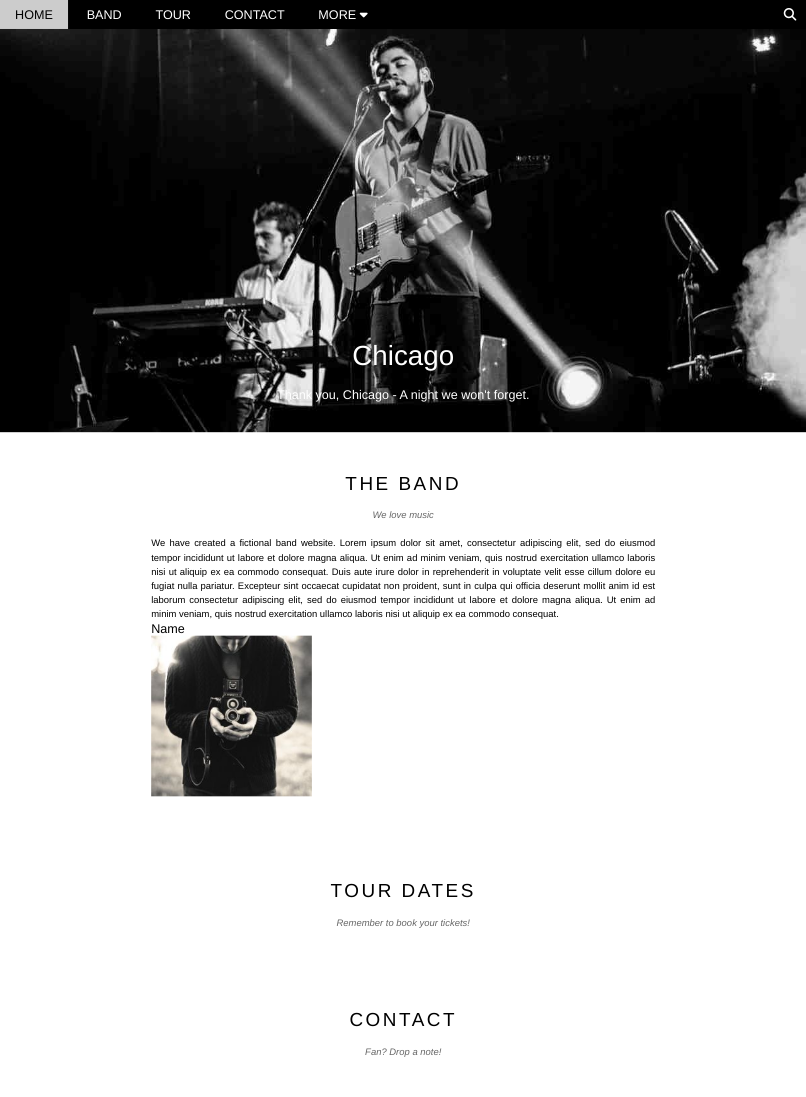
Repository: nugort/nugort.github.io
Page: f8/the-band/index.html
An editor plug-in stored every save of this project. The page is shown before and after the next save, followed by the edit.
The browser window is 1280 px wide. The pictures show the whole page, at 63% of full size.
Some web libraries are served in a nearby version.

Above is the page before, as saved 2022-02-08 03:49:08.

### f8/the-band/index.html
<!DOCTYPE html>
<html lang="en">

<head>
    <meta charset="UTF-8">
    <meta http-equiv="X-UA-Compatible" content="IE=edge">
    <meta name="viewport" content="width=device-width, initial-scale=1.0">
    <title>Document</title>
    <script src="https://kit.fontawesome.com/28e152e343.js" crossorigin="anonymous"></script>
    <link rel="stylesheet" href="./assets/css/styles.css">
</head>

<body>
    <div id="main">
        <!-- Header -->
        <div id="header">

            <!-- Navigation -->
            <ul id="nav">
                <li>
                    <a href="#">Home</a>
                </li>

                <li>
                    <a href="#">Band</a>
                </li>

                <li>
                    <a href="#">Tour</a>
                </li>

                <li>
                    <a href="#">Contact</a>
                </li>

                <li>
                    <a href="#">More <i class="fas fa-caret-down"></i></a>
                    <ul class="subnav">
                        <li>
                            <a href="#">Merchandise</a>
                        </li>

                        <li>
                            <a href="#">Extras</a>
                        </li>

                        <li>
                            <a href="#">Media</a>
                        </li>
                    </ul>
                </li>
            </ul>

            <!-- Search -->
            <div class="nav-search">
                <a href="#"><i class="nav-search-icon fas fa-search"></i></a>
            </div>
        </div>

        <!-- Slider -->
        <div id="slider">
            <div class="slider-text">
                <h3 class="slider-text-title">
                    Chicago
                </h3>
                <p class="slider-text-dsc">
                    Thank you, Chicago - A night we won't forget.
                </p>
            </div>
        </div>

        <!-- Content -->
        <div id="content">
            <!-- About -->
            <div class="content-section">
                <h2 class="content-section-title">
                    The Band
                </h2>
                <p class="content-section-slogan">
                    We love music
                </p>
                <p class="about-content-section content">We have created a fictional band website. Lorem ipsum dolor sit
                    amet, consectetur adipiscing elit, sed do eiusmod tempor incididunt ut labore et dolore magna
                    aliqua. Ut enim ad minim veniam, quis nostrud exercitation ullamco laboris nisi ut aliquip ex ea
                    commodo consequat. Duis aute irure dolor in reprehenderit in voluptate velit esse cillum dolore eu
                    fugiat nulla pariatur. Excepteur sint occaecat cupidatat non proident, sunt in culpa qui officia
                    deserunt mollit anim id est laborum consectetur adipiscing elit, sed do eiusmod tempor incididunt ut
                    labore et dolore magna aliqua. Ut enim ad minim veniam, quis nostrud exercitation ullamco laboris
                    nisi ut aliquip ex ea commodo consequat.</p>
                <div class="band-members">
                    <div class="member">
                        <p class="member-name">
                            Name
                        </p>
                        <img src="./assets/img/band-members/bandmember.jpg" alt="" class="member-avt">
                    </div>
                </div>
            </div>

            <!-- Tour -->
            <div class="content-section">
                <h2 class="content-section-title">
                    TOUR DATES
                </h2>
                <p class="content-section-slogan">
                    Remember to book your tickets!
                </p>
            </div>

            <!-- Contact -->
            <div class="content-section">
                <h2 class="content-section-title">
                    CONTACT
                </h2>
                <p class="content-section-slogan">
                    Fan? Drop a note!
                </p>
            </div>
        </div>

        <div id="footer">

        </div>
    </div>
</body>

</html>

### f8/the-band/assets/css/styles.css
/* 3 kiểu dùng css
- inline (phèn)
- internal (cũng phèn)
-external (đúng đúng đúng) */

/* Các đơn vị hay dùng
* Absolute units
- px
- pt
- cm
- mm
- inch
- picture

* Relative units
- %
- rem (bằng kích cỡ chữ của thẻ html - mặc định là 16px)
- em  (bằng kích cỡ chữ của thẻ cha chứa nó gần nhất có set font-size)
- vw (chiều rộng bằng chiều ngang của màn hình hiển thị)
- vh (chiều cao bằng chiều dọc của màn hình hiển thị) */

/* Hàm trong css
- var(): gọi biến vào
- linearGradient()
- rgba()
- rgb
- calc(): tính toán
- attr() */

/* Pseudo-classes (lớp giả) */

:root {
    --text-color: #FFFFFF;
    --background-color: #00171F;
    --button-color: #003459;
    --other-color: #007EA7;
    --button-2nd-color: #00A8E8;
    --nav-heigh: 46px;
}  /* Đặt biến giống trong ngôn ngữ lập trình khác thôi =))) */

* {
    box-sizing: border-box;
    margin: 0;
    padding: 0;
} /* reset css */

html {
    font-family: Helvetica, sans-serif;
    font-size: 20px;
}
/*
Chọn cùng lúc nhiều Class, ID đưa qua css
Bôi đen điểm chung -> CTRL +  SHIFT + L -> Mũi tên qua phải ( > ) -> CTRL + SHIFT + ( > ) -> CTRL + C
-> Qua file css paste -> ALT + CLICK  -> # -> CTRL + ( > ) -> {}
 */

/*
1. Làm từ ngoài vào trong
2. Làm từ trên xuống dưới
3. Từ tổng quan đến chi tiết
*/

/*
1. Vị trí (Vị trí các phần; Header, Content, ...)
2. Kích thước
3. Màu sắc
4. Styles (Fonts chữ, tròn, vuông, ...)
*/

/*
Chiếc web này gồm
1. Header (Done)
    1.1. Navigation (Done)
    1.2. Search button  (Done)
2. Slider (Done)
3. Content
    3.1. About
    3.2. Tour
    3.3. Contact
    3.4. Img
4. Footer
*/

#main{

}

#header{
    position: fixed;
    top: 0px;
    left: 0px;
    right: 0px;
    background-color: black;
    height: var(--nav-heigh);
    z-index: 1;
}

#nav {
    display: inline-block;
}

#nav, .subnav {
    list-style-type: none;
}

#nav > li {
    display: inline-block;
}

#nav  li {
    position: relative;
}

#nav > li > a {
    color: #FFFFFF;
    text-transform: uppercase;
}

#nav li a {
    text-decoration: none;
    line-height: var(--nav-heigh);
    padding: 0px 24px;
    /* padding: 12px 24px; */
}

#nav > li:hover .subnav {
    display: block;
}

#nav > li:hover > a {
    display: inline-block;
    color: #000;
    background-color: #CCC;
}

#nav .subnav {
    display: none;
    position: absolute;
    top: 100%;
    left: 0px;
    background-color: #FFF;
    color: #000;
    box-shadow: 0 0 10px rgba(0, 0, 0, 0.3);
}

#nav .subnav a {
    display: block;
    color: #000;
    min-width: 160px;
    padding: 0px 12px;
    line-height: 38px ;
}

#nav .subnav li:hover a {
    color: #000;
    background-color: #CCC;
}

#header .nav-search {
    display: inline-block;
    float: right;
    line-height: var(--nav-heigh);
    padding: 0px 16px ;
}

#header .nav-search a {
    color: #FFF;
}

#header .nav-search:hover {
    background-color: #F44336 !important;
    cursor: pointer;
}

#slider {
    /* background-color: #CCC;
    height: 1000px; */
    position: relative;
    margin-top: var(--nav-heigh);
    padding-top: 50%;
    background: url('/the-band/assets/img/slider-1/chicago.jpg') top center / cover, no-repeat;
    /* https://youtu.be/BmkVXoKoqVA?t=640 */
}

#slider .slider-text{
    color: #FFF;
    position: absolute;
    bottom: 48px;
    /* left: 50%;
    transform: translateX(-50%); */

    /* left: 0px;
    right: 0px; */

    width: 100%;
    text-align: center;
}

#slider .slider-text-title{
    font-size: 220%;
    font-weight: 500;
    font-style: 24px;
    margin-bottom: 25px;
}

#slider .slider-text-dsc{
    font-style: 15px;
}


#content {

}

#content .content-section {
    width: 800px;
    margin: auto;
    padding: 64px 0px;
}

#content .content-section-title {
    font-weight: 500;
    font-size: 30px;
    text-transform: uppercase;
    letter-spacing: 4px;

}

#content .content-section-slogan {
    font-style: italic;
    font-size: 15px;
    margin-top: 25px;
    opacity: 0.6;
}

#content .about-content-section.content {
    font-size: 15px;
    margin-top: 25px;
    text-align: justify;
    line-height: 1.5;
}

#content .content-section-title,
#content .content-section-slogan {
    text-align: center;
}
#footer {

}

After the next save:
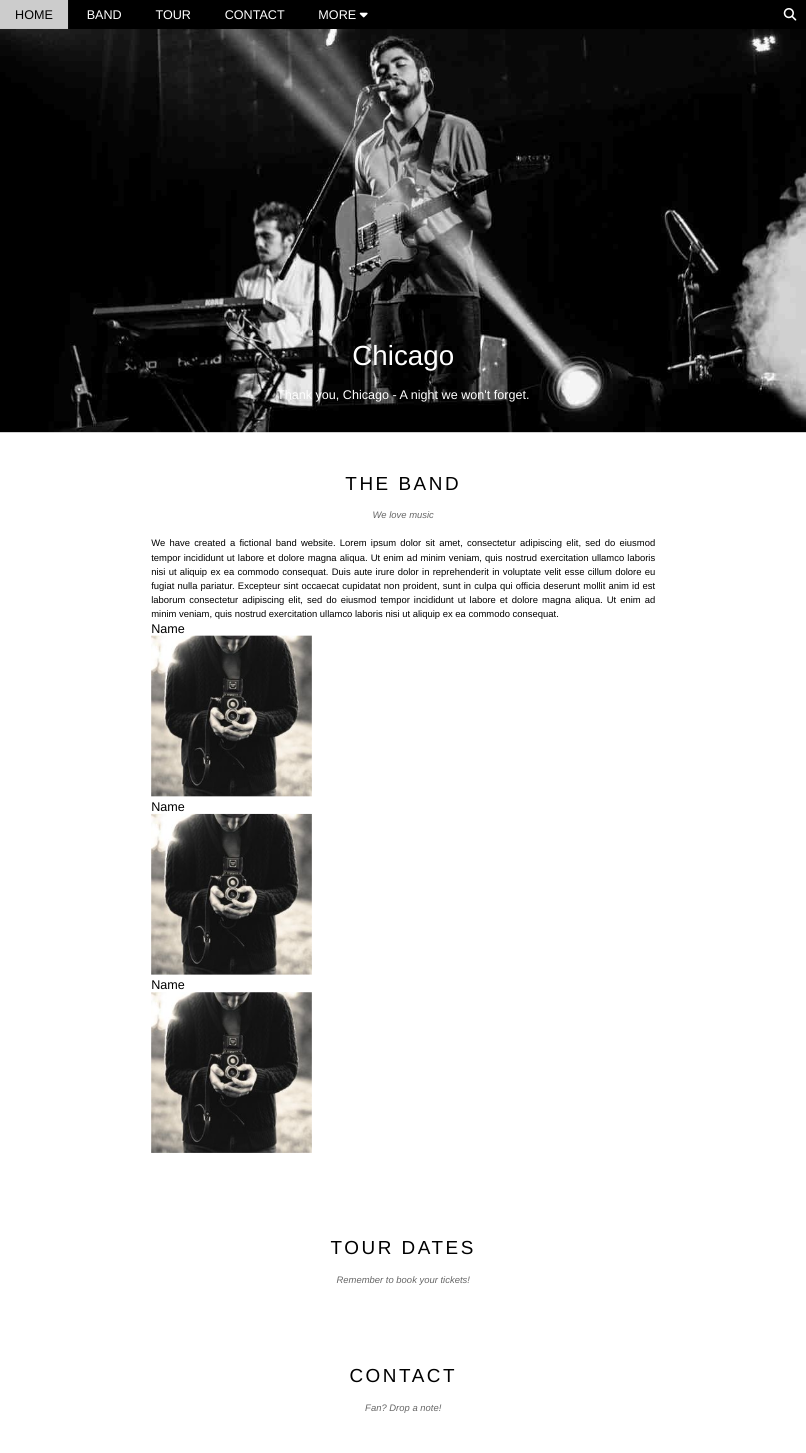
Saved 54 s later.
--- a/f8/the-band/index.html
+++ b/f8/the-band/index.html
@@ -89,10 +89,18 @@
                     nisi ut aliquip ex ea commodo consequat.</p>
                 <div class="band-members">
                     <div class="member">
-                        <p class="member-name">
-                            Name
-                        </p>
-                        <img src="./assets/img/band-members/bandmember.jpg" alt="" class="member-avt">
+                        <p class="member-name">Name</p>
+                        <img src="./assets/img/band-members/bandmember.jpg" alt="Name" class="member-avt">
+                    </div>
+
+                    <div class="member">
+                        <p class="member-name">Name</p>
+                        <img src="./assets/img/band-members/bandmember.jpg" alt="Name" class="member-avt">
+                    </div>
+
+                    <div class="member">
+                        <p class="member-name">Name</p>
+                        <img src="./assets/img/band-members/bandmember.jpg" alt="Name" class="member-avt">
                     </div>
                 </div>
             </div>
